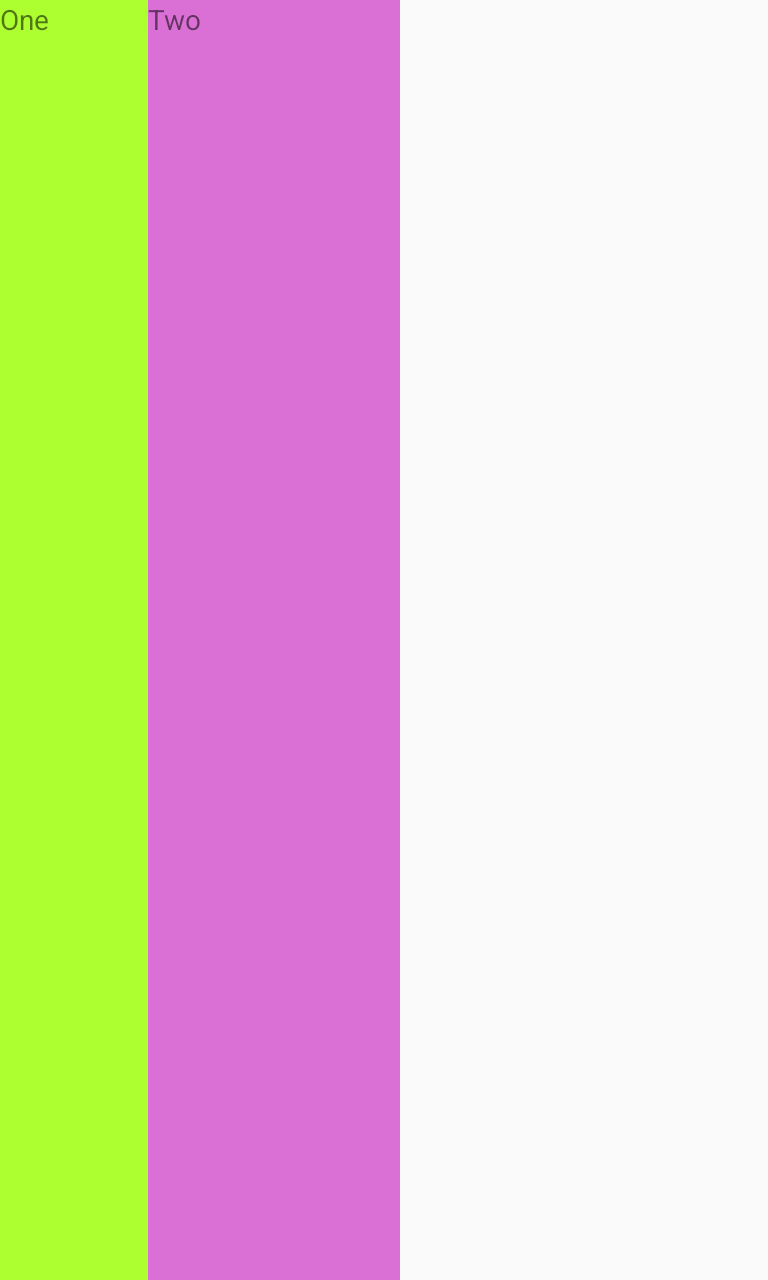
Repository: bingb89/Garbage
Layout: xml/hello/res/layout/activity_main.xml
The author's editor kept a copy of each file at every save. The layout is drawn from the files as they stood at one save, then again after the next save.
It is drawn on a 768 x 1280 px phone screen (xhdpi) without system bars, with theme AppTheme; the app's code is not run.

Above is the layout before, as saved 2015-12-24 08:02:45.

### xml/hello/res/layout/activity_main.xml
<LinearLayout xmlns:android="http://schemas.android.com/apk/res/android"
    xmlns:tools="http://schemas.android.com/tools"
    android:id="@+id/linearLayout1"
    android:layout_width="match_parent"
    android:layout_height="match_parent"
    android:baselineAligned="false"
    android:orientation="horizontal" >

    <TextView
        android:layout_width="wrap_content"
        android:layout_height="fill_parent"
        android:layout_weight="1"
        android:background="#ADFF2F"
        android:text="@string/one" />

    <TextView
        android:layout_width="wrap_content"
        android:layout_height="fill_parent"
        android:layout_weight="2"
        android:background="#DA70D6"
        android:text="@string/two" />

    <TextView
        android:layout_width="wrap_content"
        android:layout_hegiht="fill_parent"
        android:layout_weight="3"
        android:background="#FF0000"
        android:text="@string/three" />

</LinearLayout>

### xml/hello/res/values/strings.xml
<?xml version="1.0" encoding="utf-8"?>
<resources>

    <string name="app_name">hello</string>
    <string name="hello_world">Hello world!</string>
    <string name="action_settings">Settings</string>

    <string name="one">One</string>
    <string name="two">Two</string>
    <string name="three">Three</string>

</resources>

Loaded but not shown: xml/hello/res/values/styles.xml (common file); xml/hello/res/values-v11/styles.xml (common file); xml/hello/res/values-v14/styles.xml (common file)

After the next save:
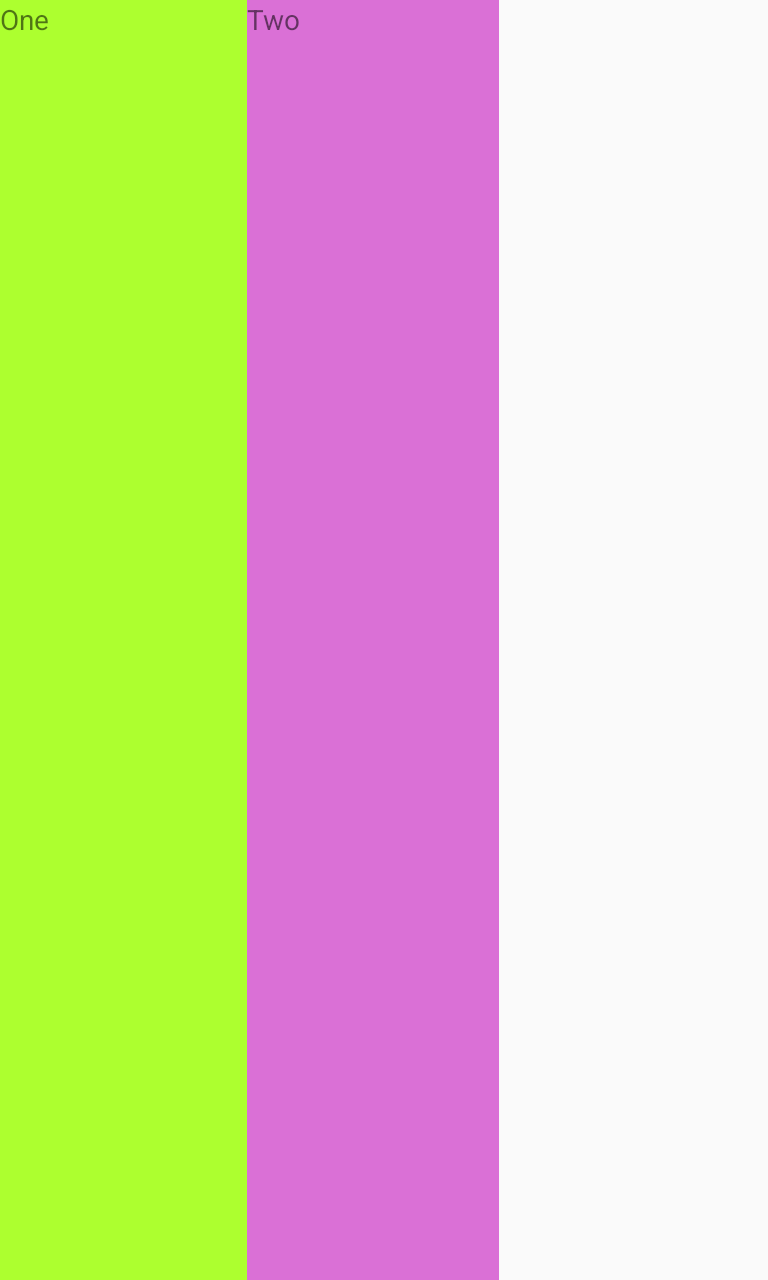
Saved 18 s later.
--- a/xml/hello/res/layout/activity_main.xml
+++ b/xml/hello/res/layout/activity_main.xml
@@ -16,14 +16,14 @@
     <TextView
         android:layout_width="wrap_content"
         android:layout_height="fill_parent"
-        android:layout_weight="2"
+        android:layout_weight="1"
         android:background="#DA70D6"
         android:text="@string/two" />
 
     <TextView
         android:layout_width="wrap_content"
         android:layout_hegiht="fill_parent"
-        android:layout_weight="3"
+        android:layout_weight="1"
         android:background="#FF0000"
         android:text="@string/three" />
 

After the save that followed:
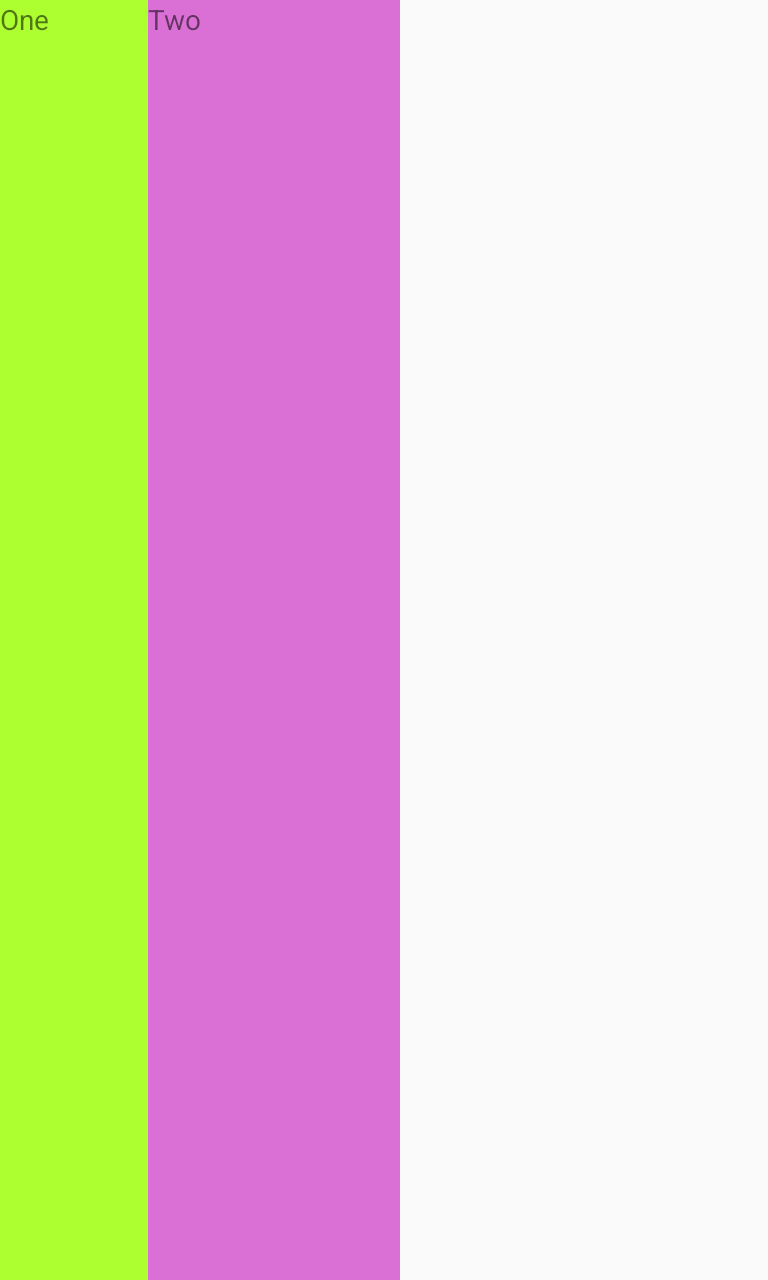
Saved 14 s later.
--- a/xml/hello/res/layout/activity_main.xml
+++ b/xml/hello/res/layout/activity_main.xml
@@ -16,14 +16,14 @@
     <TextView
         android:layout_width="wrap_content"
         android:layout_height="fill_parent"
-        android:layout_weight="1"
+        android:layout_weight="2"
         android:background="#DA70D6"
         android:text="@string/two" />
 
     <TextView
         android:layout_width="wrap_content"
         android:layout_hegiht="fill_parent"
-        android:layout_weight="1"
+        android:layout_weight="3"
         android:background="#FF0000"
         android:text="@string/three" />
 
